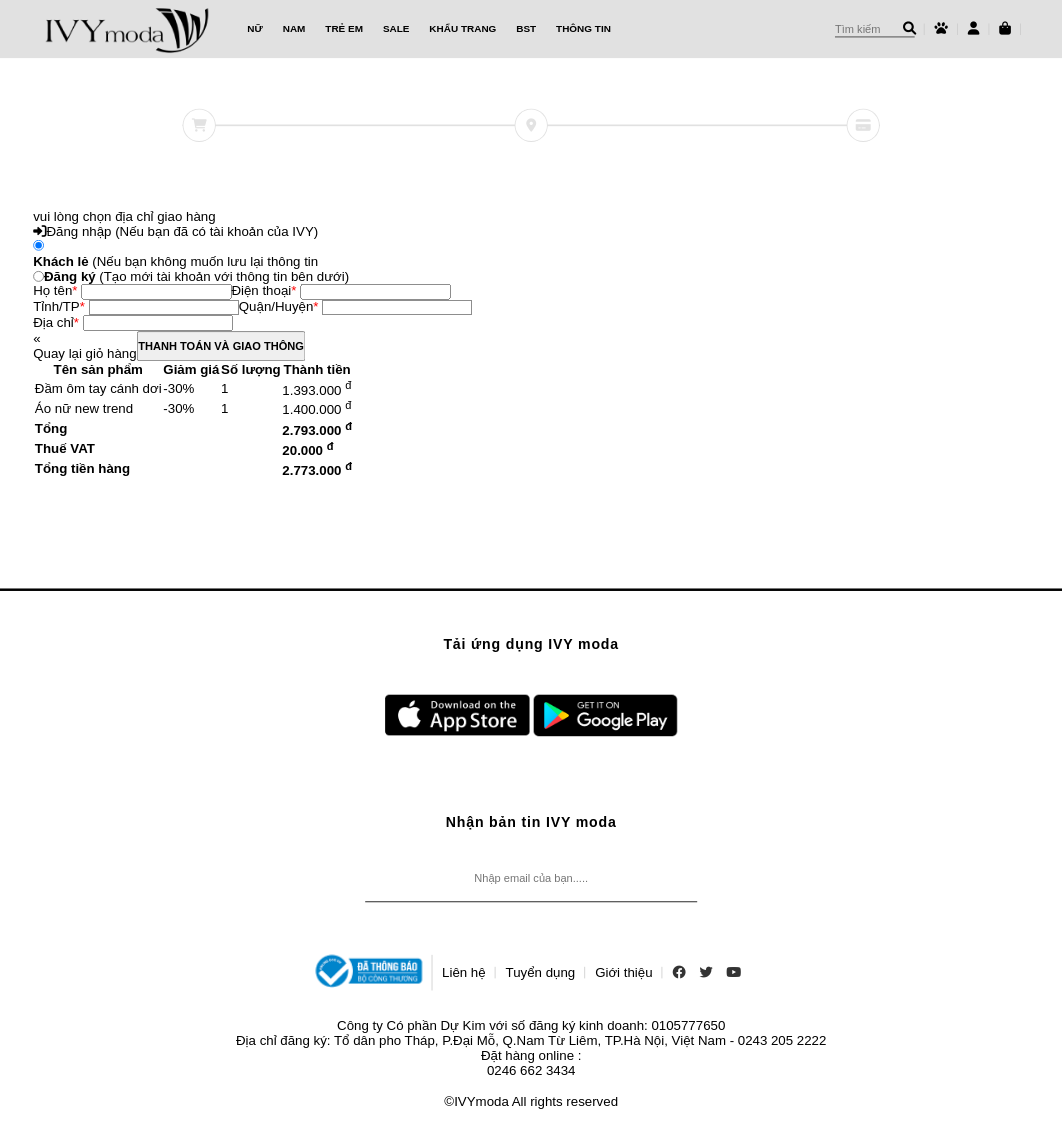
Repository: dinhvanbinh2310/ivy-moda
Page: delivery.html
An editor plug-in stored every save of this project. The page is shown before and after the next save, followed by the edit.
The browser window is 1280 px wide. The pictures show the whole page, at 83% of full size.

Above is the page before, as saved 2022-05-08 17:03:38.

After the next save:
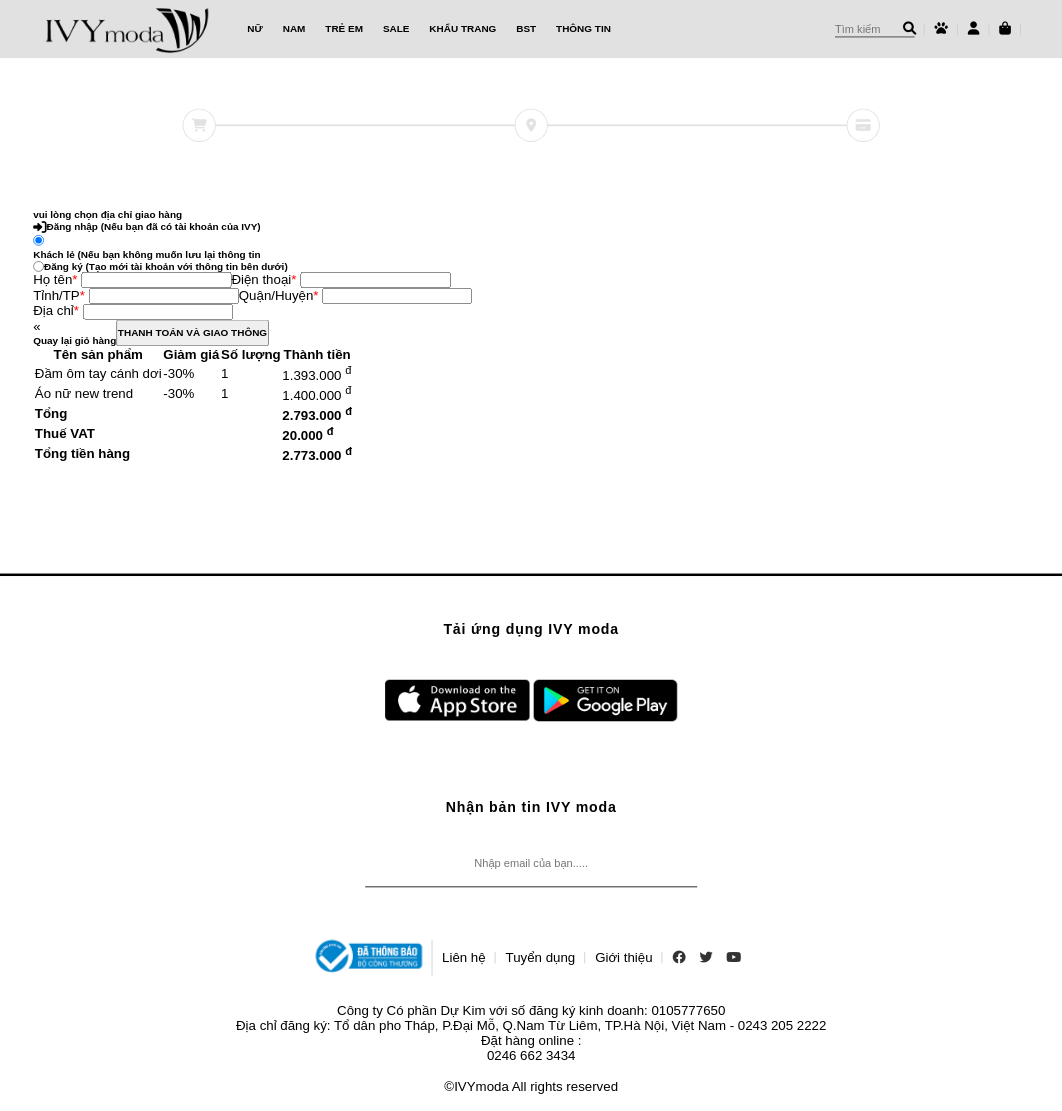
Saved 99 s later.
--- a/css/style.css
+++ b/css/style.css
@@ -740,3 +740,8 @@
   width: 60%;
   padding-right: 12px;
 }
+.delivery-content-left p{
+  font-family: Arial, Helvetica, sans-serif;
+  font-size: 12px;
+  font-weight: bold;
+}
